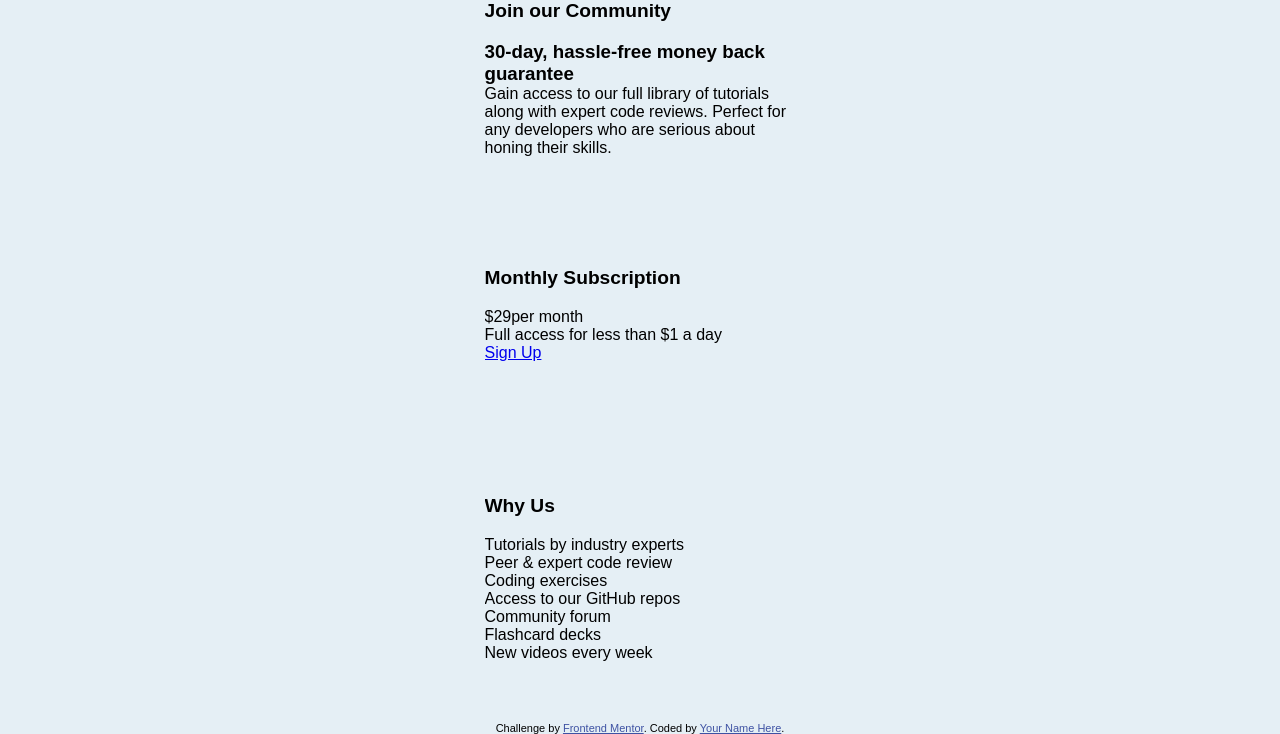
Repository: OmniaRafat232111121/single-price-grid-component-master
Page: index.html
These files come from the project's save history. The page is drawn as it stood at one moment and after a run of saves; the edit follows.
The browser window is 1280 px wide. The pictures show the whole page.

Above is the page before, as saved 2022-06-28 00:16:46.

After the next 2 saves:
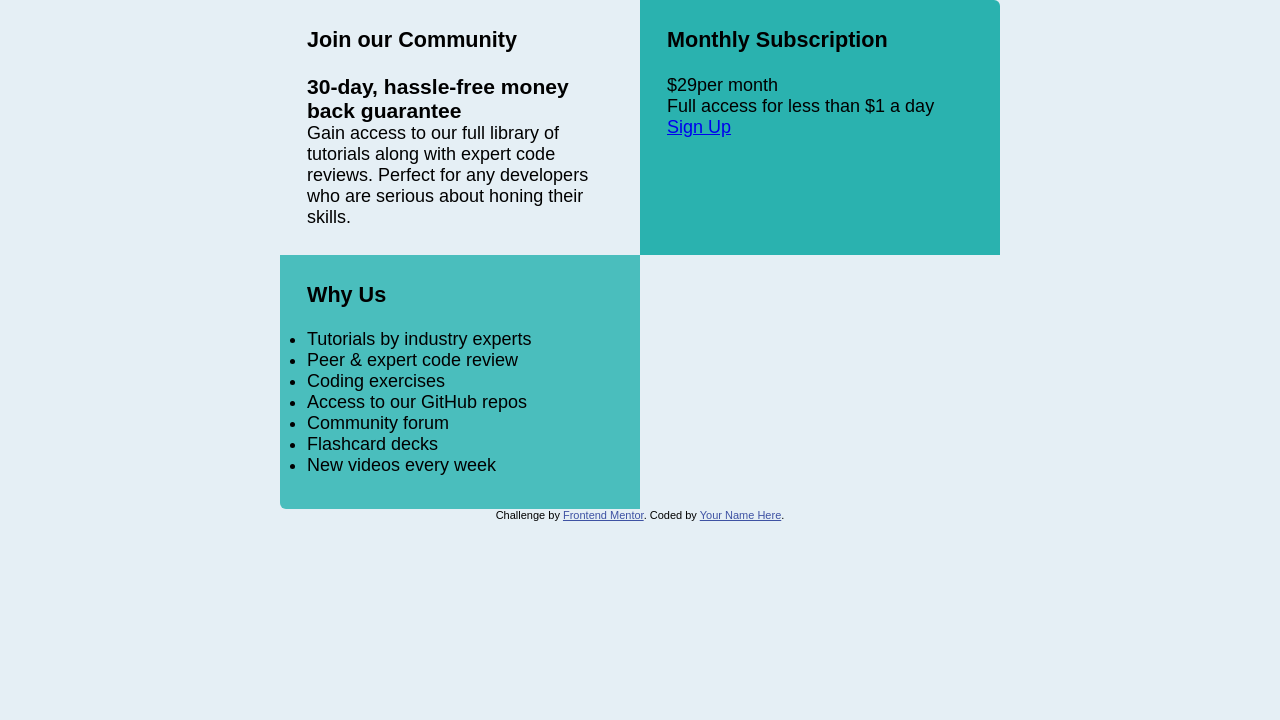
The 2 saves are shown as one change because they came seconds apart.
The last was saved 17 s later.
--- a/style.css
+++ b/style.css
@@ -40,3 +40,23 @@ body {
   border-radius: 6px;
   overflow: hidden;
 }
+@media only screen and (min-width: 700px) {
+    html {
+      font-size: 18px;
+    }
+
+    .card {
+      grid-template-areas:  "white white"
+                            "darkcyan lightcyan";
+      grid-template-columns: repeat(2, 1fr);
+      grid-template-rows: repeat(2, 1fr);
+      overflow: hidden;
+    }
+  }
+
+  .section {
+    padding: 1.5rem;
+  }
+
+  .bg-light-cyan {background-color:var(--clr-primary-cyanlight);}
+  .bg-dark-cyan {background-color: var(--clr-primary-cyandark);}
